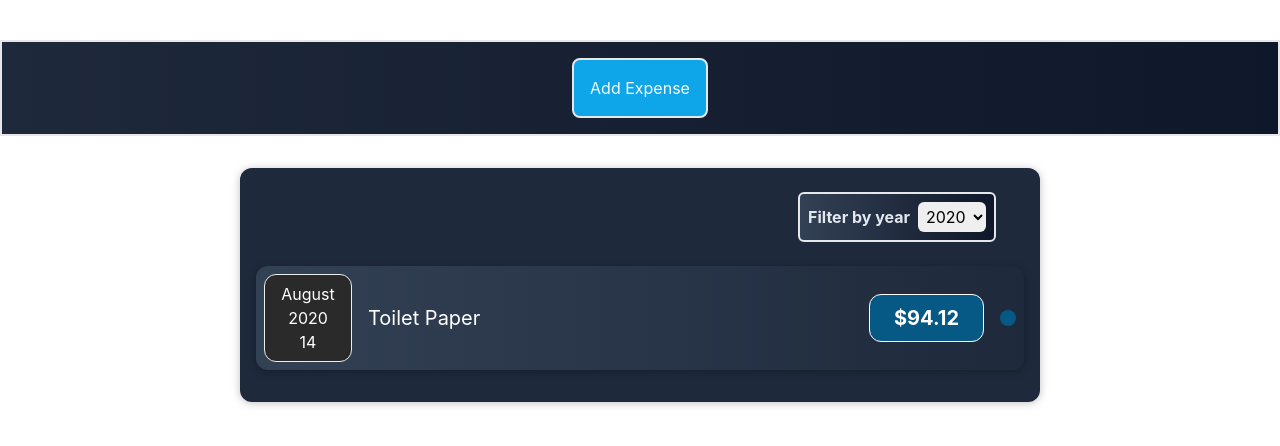
Repository: Sef24/expense-tracker
Page: /
The author's editor kept a copy of each file at every save. The page is drawn from the files as they stood at one save, then again after the next save.
The browser window is 1280 px wide. The pictures show the whole page.
The project was rebuilt for these pictures with package versions that can differ from the ones it lists, and the page was loaded fresh each time. Also part of the build but not shown: src/components/NewExpense/NewExpense.css, src/components/NewExpense/ExpenseForm.css, src/components/NewExpense/ExpenseForm.js.

Above is the page before, as saved 2022-05-03 16:48:10.

After the next save:
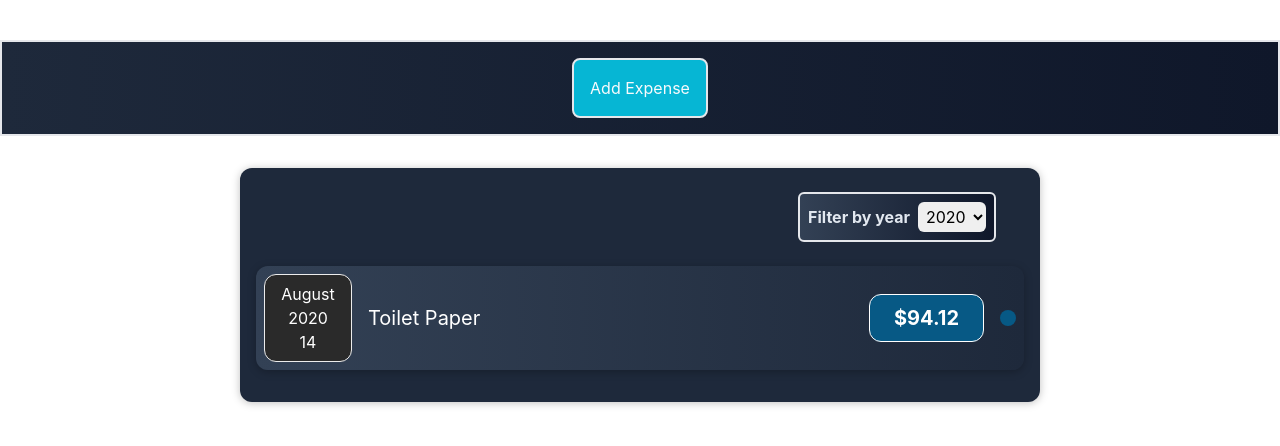
Saved 25 s later.
--- a/src/components/NewExpense/NewExpense.js
+++ b/src/components/NewExpense/NewExpense.js
@@ -34,7 +34,7 @@ function NewExpense(props) {
           onClick={startEditingHandler}
           className="flex items-center justify-center border-2 p-4 rounded-lg text-slate-50
           cursor-pointer transition duration-100 transform hover:scale-125 hover:text-white
-          bg-sky-500 text-extra-bold"
+          bg-cyan-500 text-extra-bold"
         >
           Add Expense
         </button>
